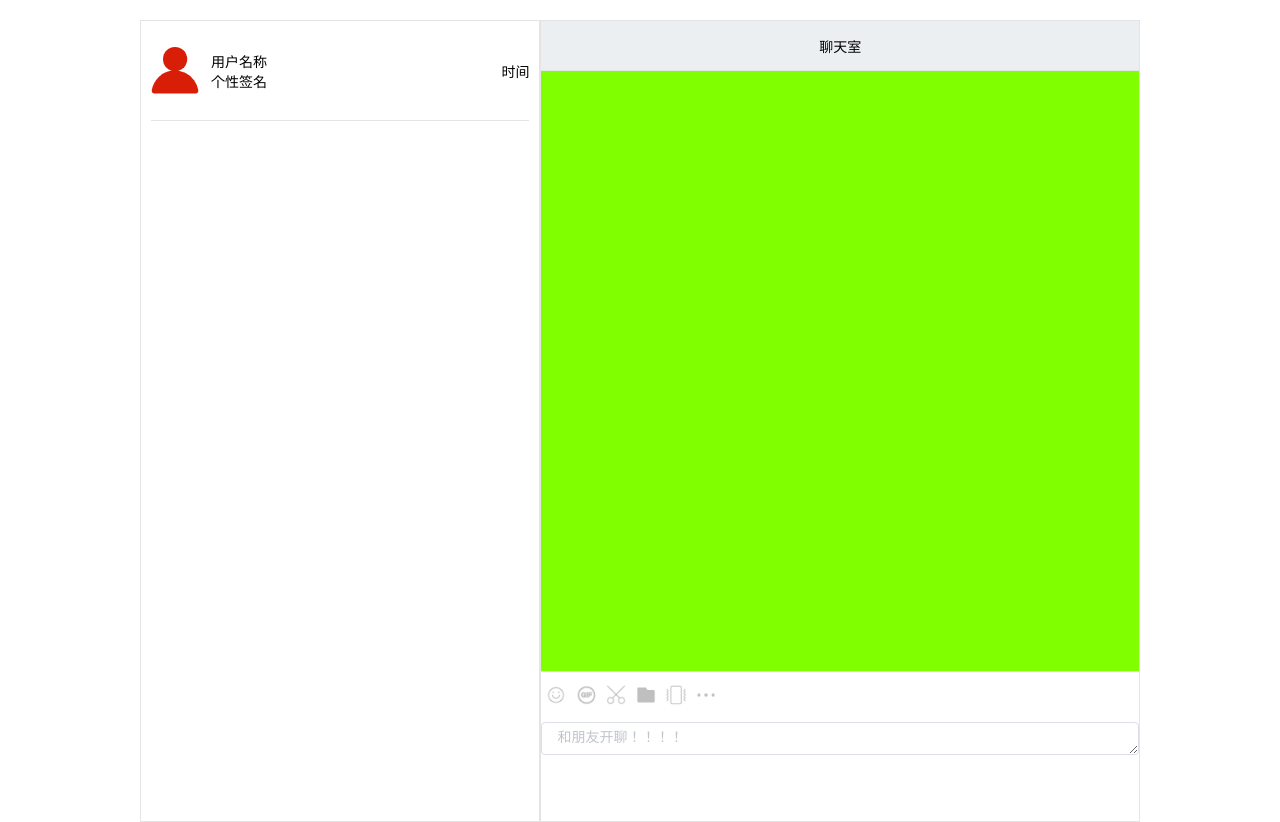
Repository: jinggegeZ/livechat
Page: /
The author's editor kept a copy of each file at every save. The page is drawn from the files as they stood at one save, then again after the next save.
The browser window is 1280 px wide. The pictures show the whole page.
The project was rebuilt for these pictures with package versions that can differ from the ones it lists, and the page was loaded fresh each time.

Above is the page before, as saved 2020-08-17 12:51:38.

### src/main.js
import Vue from 'vue'
import App from './App.vue'
import router from './router'
import store from './store'
import ElementUI from 'element-ui';
import 'element-ui/lib/theme-chalk/index.css';

Vue.config.productionTip = false
Vue.use(ElementUI);
new Vue({
  router,
  store,
  render: h => h(App)

}).$mount('#app')

### src/App.vue
<template>
  <div id="app">

    <router-view/>
  </div>
</template>

<style lang="scss">
*{
  margin: 0;
  padding: 0;
}
</style>

### src/views/Home.vue
<template>
  <div class="content">
    <div class="content-c">
      <div class="box">
        <!-- 用户信息 -->
        <div class="box1">
          <div class="box1-1">
            <div class="box1-1-1">
              <!-- 头像 -->
              <div class="img">
                <img src="../../public/image/active-my.png" alt />
              </div>
              <!-- 用户信息 -->
              <div>
                <div>用户名称</div>
                <div>个性签名</div>
              </div>
            </div>
            <!-- 时间 -->
            <div>时间</div>
          </div>
        </div>
        <!-- 聊天信息 -->
        <div class="box2">
          <div class="box2-1">
            <div class="box2-1-top">聊天室</div>
            <div class="box2-1-body"></div>
          </div>
          <div class="box2-2">
            <div class="box2-2-1">
              <div>
                <img class="img1" src="../../public/image/small.png" alt />
              </div>
              <div>
                <img class="img1" src="../../public/image/GIF.png" alt />
              </div>
              <div>
                <img class="img1" src="../../public/image/chose.png" alt />
              </div>
              <div>
                <img class="img1" src="../../public/image/word.png" alt />
              </div>
              <div>
                <img class="img1" src="../../public/image/move.png" alt />
              </div>
              <div>
                <img class="img1" src="../../public/image/more.png" alt />
              </div>
            </div>
            <div class="box2-2-2">
              <el-input
                type="textarea"
                v-model="textarea"
                placeholder="和朋友开聊！！！！"
                autosize="{ minRows: 4, maxRows: 8}"
              ></el-input>
            </div>
          </div>
        </div>
      </div>
    </div>
  </div>
</template>

<script>
export default {
  name: "",
  props: {},
  components: {},
  data() {
    return {
      input: "",
      textarea: "",
    };
  },
  methods: {},
  mounted() {},
  watch: {},
  computed: {},
};
</script>

<style scoped lang='scss'>
.content {
  width: 100%;
  display: flex;
  justify-content: center;
  font-size: 14px;
}
.content-c {
  width: 95%;
  display: flex;
  justify-content: center;
  align-items: center;
}
.box {
  width: 1000px;
  height: 800px;
  background: white;
  display: flex;
  margin-top: 20px;
}
.box1 {
  flex: 4;
  height: 100%;
  display: flex;
  justify-content: center;
  border: 1px solid rgb(228, 228, 228);
}
.box1-1 {
  width: 95%;
  height: 99px;
  border-bottom: 1px solid rgb(228, 228, 228);
  display: flex;
  align-items: center;
  justify-content: space-between;
}
.box1-1-1 {
  display: flex;
  align-items: center;
  height: 100%;
}
.img {
  width: 50px;
  height: 50px;
  border-radius: 50%;
  margin-right: 10px;
}
.img1 {
  width: 20px;
  height: 20px;
  margin: 5px;
}
.box2 {
  flex: 6;
  height: 100%;
  position: relative;
  border: 1px solid rgb(228, 228, 228);
}
.box2-2 {
  position: absolute;
  bottom: 0;
  width: 100%;
  height: 149px;
  z-index: 1;
  border-top: 1px solid rgb(228, 228, 228);
}
.box2-1-top {
  width: 100%;
  height: 49px;
  border-bottom: 1px solid rgb(228, 228, 228);
  display: flex;
  justify-content: center;
  align-items: center;
  background: rgb(235, 239, 242);
}
.box2-1-body {
  width: 100%;
  height: 600px;
  background: chartreuse;
}
.box2-2-1 {
  width: 100%;
  height: 50px;
  display: flex;
  align-items: center;
}
.box2-2-2 {
  width: 100%;
  height: 100px;
}
</style>

Loaded but not shown: public/index.html (common file); src/router/index.js (common file); src/store/index.js (common file)

After the next save:
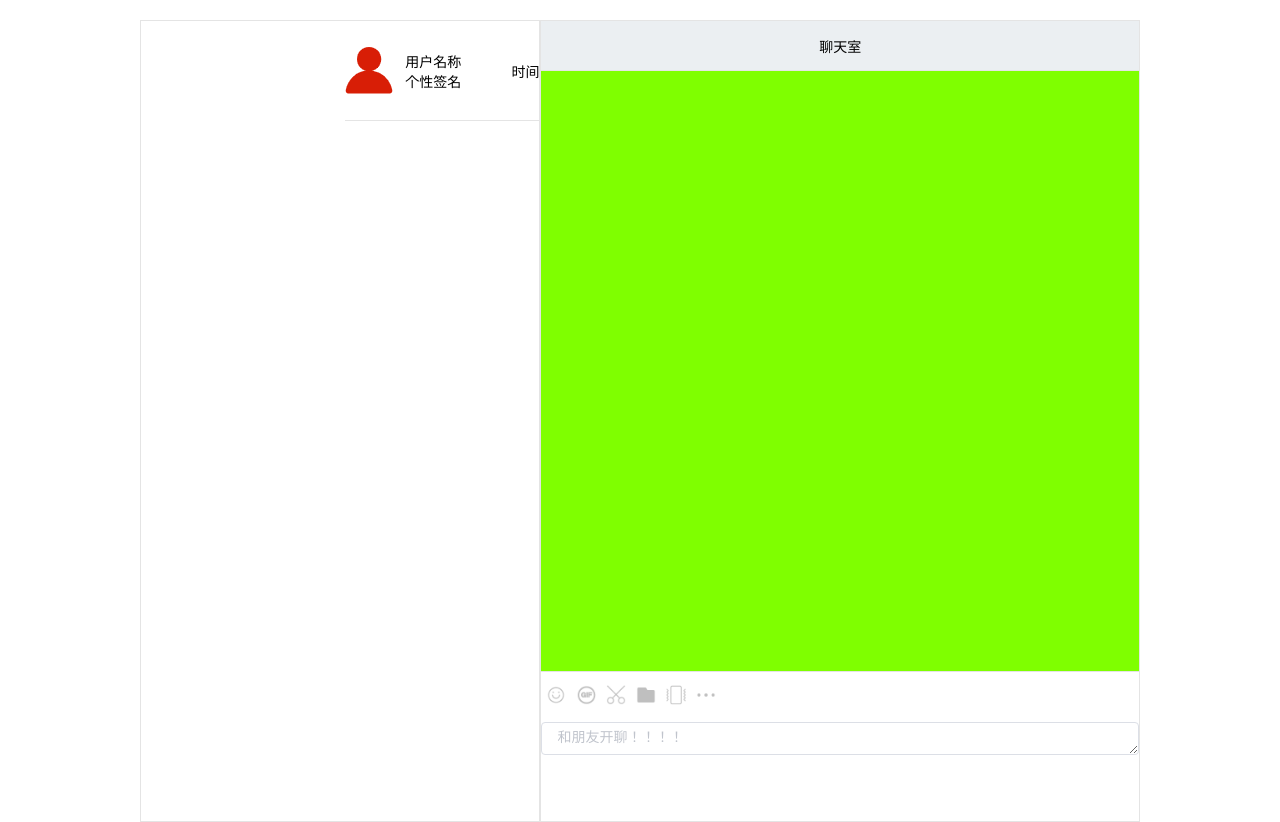
Saved 2 min 24 s later.
--- a/src/views/Home.vue
+++ b/src/views/Home.vue
@@ -4,6 +4,10 @@
       <div class="box">
         <!-- 用户信息 -->
         <div class="box1">
+        <!-- 搜索用户名字 -->
+        <div class="boxsearch"></div>
+
+        <!-- 信息盒子 -->
           <div class="box1-1">
             <div class="box1-1-1">
               <!-- 头像 -->
@@ -107,6 +111,10 @@ export default {
   justify-content: center;
   border: 1px solid rgb(228, 228, 228);
 }
+.boxsearch {
+  width: 100%;
+  height: 150px;
+}
 .box1-1 {
   width: 95%;
   height: 99px;
